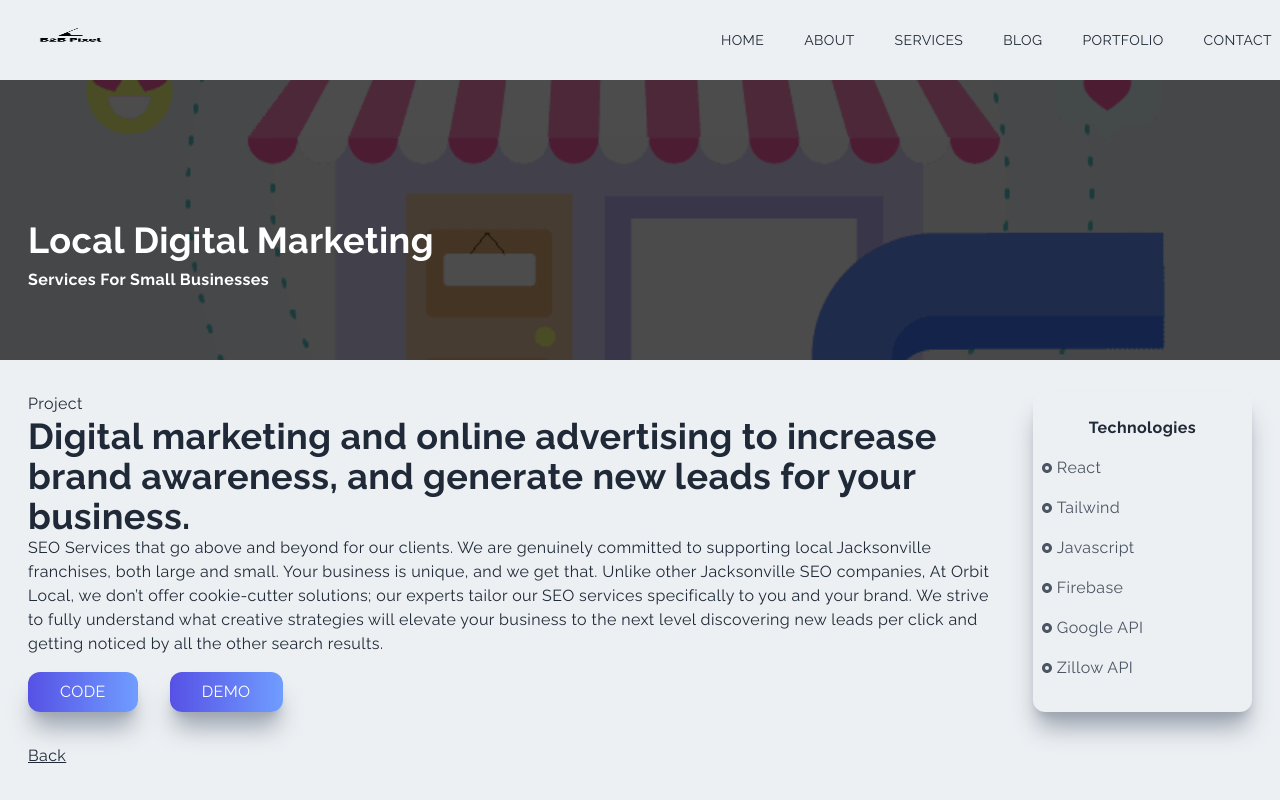
Repository: DID0101/nextjs.b2b
Page: /property
These files come from the project's save history. The page is drawn as it stood at one moment and after the next save; the edit follows.
The browser window is 1280 px wide. The pictures show the whole page.
The project was rebuilt for these pictures with package versions that can differ from the ones it lists, and the page was loaded fresh each time. The framework's server and built-in components were replaced by stand-ins that run in the browser. Also part of the build but not shown: next.config.js.

Above is the page before, as saved 2024-01-22 00:42:33.

### pages/property.jsx
import Image from 'next/image';
import React from 'react';
import propertyImg from '../public/assets/projects/property.jpg';
import { RiRadioButtonFill } from 'react-icons/ri';
import Link from 'next/link';

const property = () => {
  return (
    <div className='w-full'>
      <div className='w-screen h-[50vh] relative'>
        <div className='absolute top-0 left-0 w-full h-[50vh] bg-black/70 z-10' />
        <Image
          className='absolute z-1'
          layout='fill'
          objectFit='cover'
          src={propertyImg}
          alt='/'
        />
        <div className='absolute top-[70%] max-w-[1240px] w-full left-[50%] right-[50%] translate-x-[-50%] translate-y-[-50%] text-white z-10 p-2'>
          <h2 className='py-2'>Local Digital Marketing</h2>
          <h3>Services For Small Businesses</h3>
        </div>
      </div>

      <div className='max-w-[1240px] mx-auto p-2 grid md:grid-cols-5 gap-8 py-8'>
        <div className='col-span-4'>
          <p>Project</p>
          <h2>Digital marketing and online advertising to increase brand awareness, and generate new leads for your  business.</h2>
          <p>
          SEO Services that go above and beyond for our clients. We are genuinely committed to supporting local Jacksonville franchises, both large and small. Your business is unique, and we get that. Unlike other Jacksonville SEO companies, At Orbit Local, we don’t offer cookie-cutter solutions; our experts tailor our SEO services specifically to you and your brand. We strive to fully understand what creative strategies will elevate your business to the next level discovering new leads per click and getting noticed by all the other search results.
          </p>
          <a
            href='https://github.com/fireclint/property-finder'
            target='_blank'
            rel='noreferrer'
          >
            <button className='px-8 py-2 mt-4 mr-8'>Code</button>
          </a>
          <a
            href='https://property-finder-development.web.app/'
            target='_blank'
            rel='noreferrer'
          >
            <button className='px-8 py-2 mt-4'>Demo</button>
          </a>
        </div>
        <div className='col-span-4 md:col-span-1 shadow-xl shadow-gray-400 rounded-xl py-4'>
          <div className='p-2'>
            <p className='text-center font-bold pb-2'>Technologies</p>
            <div className='grid grid-cols-3 md:grid-cols-1'>
              <p className='text-gray-600 py-2 flex items-center'>
                <RiRadioButtonFill className='pr-1' /> React
              </p>
              <p className='text-gray-600 py-2 flex items-center'>
                <RiRadioButtonFill className='pr-1' /> Tailwind
              </p>
              <p className='text-gray-600 py-2 flex items-center'>
                <RiRadioButtonFill className='pr-1' /> Javascript
              </p>
              <p className='text-gray-600 py-2 flex items-center'>
                <RiRadioButtonFill className='pr-1' /> Firebase
              </p>
              <p className='text-gray-600 py-2 flex items-center'>
                <RiRadioButtonFill className='pr-1' /> Google API
              </p>
              <p className='text-gray-600 py-2 flex items-center'>
                <RiRadioButtonFill className='pr-1' /> Zillow API
              </p>
            </div>
          </div>
        </div>
        <Link href='/#projects'>
          <p className='underline cursor-pointer'>Back</p>
        </Link>
      </div>
    </div>
  );
};

export default property;

### components/Navbar.jsx
import Image from 'next/image';
import Link from 'next/link';
import React, { useState, useEffect } from 'react';
import { AiOutlineClose, AiOutlineMail, AiOutlineMenu } from 'react-icons/ai';
import { FaGithub, FaLinkedinIn } from 'react-icons/fa';
import { BsFillPersonLinesFill } from 'react-icons/bs';
// import { useRouter } from 'next/router';
import NavLogo from '../public/assets/navLogo.png'

const Navbar = () => {
  const [nav, setNav] = useState(false);
  const [shadow, setShadow] = useState(false);
  const [navBg, setNavBg] = useState('#ecf0f3');
  const [linkColor, setLinkColor] = useState('#1f2937');
  // const [position, setPosition] = useState('fixed')
  // const router = useRouter();

  // useEffect(() => {
  //   if (
  //     router.asPath === '/property' ||
  //     router.asPath === '/crypto' ||
  //     router.asPath === '/netflix' ||
  //     router.asPath === '/twitch'
  //   ) {
  //     setNavBg('transparent');
  //     setLinkColor('#ecf0f3');
  //   } else {
  //     setNavBg('#ecf0f3');
  //     setLinkColor('#1f2937');
  //   }
  // }, [router]);

  const handleNav = () => {
    setNav(!nav);
  };

  useEffect(() => {
    const handleShadow = () => {
      if (window.scrollY >= 90) {
        setShadow(true);
      } else {
        setShadow(false);
      }
    };
    window.addEventListener('scroll', handleShadow);
  }, []);

  return (
    <div
      style={{ backgroundColor: `${navBg}` }}
      className={
        shadow
          ? 'fixed w-full h-20 shadow-xl z-[100] ease-in-out duration-300'
          : 'fixed w-full h-20 z-[100]'
      }
    >
      <div className='flex justify-between items-center w-full h-full px-2 2xl:px-16'>
        <Link href='/'>
          <a>
            <Image
              src={NavLogo}
              alt='/'
              width='125'
              height='50'
              className='cursor-pointer'
            />
          </a>
        </Link>
        <div>
          <ul style={{ color: `${linkColor}` }} className='hidden md:flex'>
            <li className='ml-10 text-sm uppercase hover:border-b'>
              <Link href='/'>Home</Link>
            </li>
            <li className='ml-10 text-sm uppercase hover:border-b'>
              <Link href='/#about'>About</Link>
            </li>
            <li className='ml-10 text-sm uppercase hover:border-b'>
              <Link href='/#skills'>Services</Link>
            </li>
            <li className='ml-10 text-sm uppercase hover:border-b'>
              <Link href='/#projects'>Blog</Link>
            </li>
            <li className='ml-10 text-sm uppercase hover:border-b'>
              <Link href='/resume'>Portfolio</Link>
            </li>
            <li className='ml-10 text-sm uppercase hover:border-b'>
              <Link href='/#contact'>Contact</Link>
            </li>
          </ul>
          {/* Hamburger Icon */}
          <div
            style={{ color: `${linkColor}` }}
            onClick={handleNav}
            className='md:hidden'
          >
            <AiOutlineMenu size={25} />
          </div>
        </div>
      </div>

      {/* Mobile Menu */}
      {/* Overlay */}
      <div
        className={
          nav ? 'md:hidden fixed left-0 top-0 w-full h-screen bg-black/70' : ''
        }
      >
        {/* Side Drawer Menu */}
        <div
          className={
            nav
              ? ' fixed left-0 top-0 w-[75%] sm:w-[60%] md:w-[45%] h-screen bg-[#ecf0f3] p-10 ease-in duration-500'
              : 'fixed left-[-100%] top-0 p-10 ease-in duration-500'
          }
        >
          <div>
            <div className='flex w-full items-center justify-between'>
              <Link href='/'>
                <a>
                  <Image
                    src={NavLogo}
                    width='87'
                    height='35'
                    alt='/'
                  />
                </a>
              </Link>
              <div
                onClick={handleNav}
                className='rounded-full shadow-lg shadow-gray-400 p-3 cursor-pointer'
              >
                <AiOutlineClose />
              </div>
            </div>
            <div className='border-b border-gray-300 my-4'>
              <p className='w-[85%] md:w-[90%] py-4'>
                Let&#39;s build something legendary together
              </p>
            </div>
          </div>
          <div className='py-4 flex flex-col'>
            <ul className='uppercase'>
              <Link href='/'>
                <li onClick={() => setNav(false)} className='py-4 text-sm'>
                  Home
                </li>
              </Link>
              <Link href='/#about'>
                <li onClick={() => setNav(false)} className='py-4 text-sm'>
                  About
                </li>
              </Link>
              <Link href='/#skills'>
                <li onClick={() => setNav(false)} className='py-4 text-sm'>
                  Skills
                </li>
              </Link>
              <Link href='/#projects'>
                <li onClick={() => setNav(false)} className='py-4 text-sm'>
                  Projects
                </li>
              </Link>
              <Link href='/resume'>
                <li onClick={() => setNav(false)} className='py-4 text-sm'>
                  Resume
                </li>
              </Link>
              <Link href='/#contact'>
                <li onClick={() => setNav(false)} className='py-4 text-sm text-[#ac4d5a]'>
                  Save My Spot
                </li>
              </Link>
            </ul>
            <div className='pt-40'>
              <p className='uppercase tracking-widest text-[#5651e5]'>
                Let&#39;s Connect
              </p>
              <div className='flex items-center justify-between my-4 w-full sm:w-[80%]'>
                <a
                  href='https://www.linkedin.com/in/clint-briley-50056920a/'
                  target='_blank'
                  rel='noreferrer'
                >
                  <div className='rounded-full shadow-lg shadow-gray-400 p-3 cursor-pointer hover:scale-105 ease-in duration-300'>
                    <FaLinkedinIn />
                  </div>
                </a>
                <a
                  href='https://github.com/fireclint'
                  target='_blank'
                  rel='noreferrer'
                >
                  <div className='rounded-full shadow-lg shadow-gray-400 p-3 cursor-pointer hover:scale-105 ease-in duration-300'>
                    <FaGithub />
                  </div>
                </a>
                <Link href='/#contact'>
                  <div
                    onClick={() => setNav(!nav)}
                    className='rounded-full shadow-lg shadow-gray-400 p-3 cursor-pointer hover:scale-105 ease-in duration-300'
                  >
                    <AiOutlineMail />
                  </div>
                </Link>
                <Link href='/resume'>
                  <div
                    onClick={() => setNav(!nav)}
                    className='rounded-full shadow-lg shadow-gray-400 p-3 cursor-pointer hover:scale-105 ease-in duration-300'
                  >
                    <BsFillPersonLinesFill />
                  </div>
                </Link>
              </div>
            </div>
          </div>
        </div>
      </div>
    </div>
  );
};

export default Navbar;

Loaded but not shown: pages/_app.js (common file); pages/_document.js (common file); styles/globals.css (common file); tailwind.config.js (common file)

After the next save:
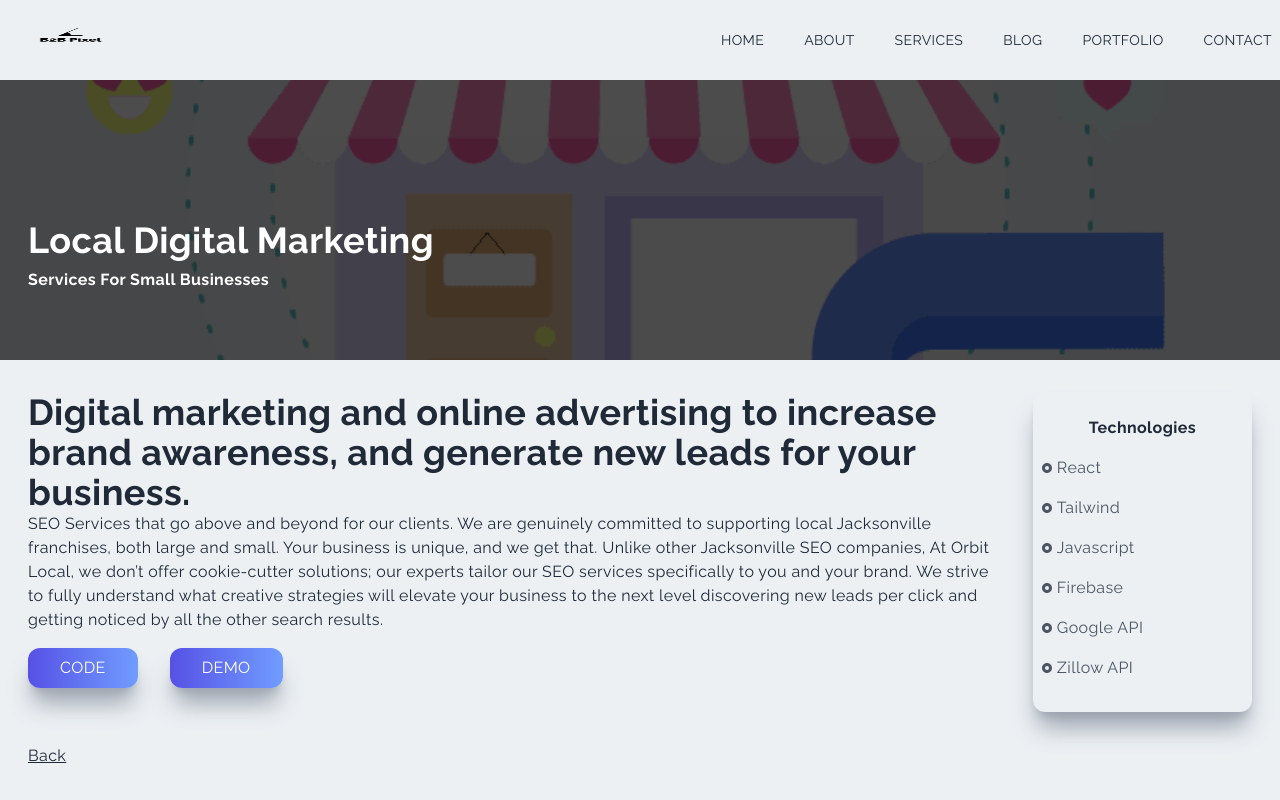
Saved 7 s later.
--- a/pages/property.jsx
+++ b/pages/property.jsx
@@ -24,7 +24,7 @@
 
       <div className='max-w-[1240px] mx-auto p-2 grid md:grid-cols-5 gap-8 py-8'>
         <div className='col-span-4'>
-          <p>Project</p>
+          {/* <p>Project</p> */}
           <h2>Digital marketing and online advertising to increase brand awareness, and generate new leads for your  business.</h2>
           <p>
           SEO Services that go above and beyond for our clients. We are genuinely committed to supporting local Jacksonville franchises, both large and small. Your business is unique, and we get that. Unlike other Jacksonville SEO companies, At Orbit Local, we don’t offer cookie-cutter solutions; our experts tailor our SEO services specifically to you and your brand. We strive to fully understand what creative strategies will elevate your business to the next level discovering new leads per click and getting noticed by all the other search results.
